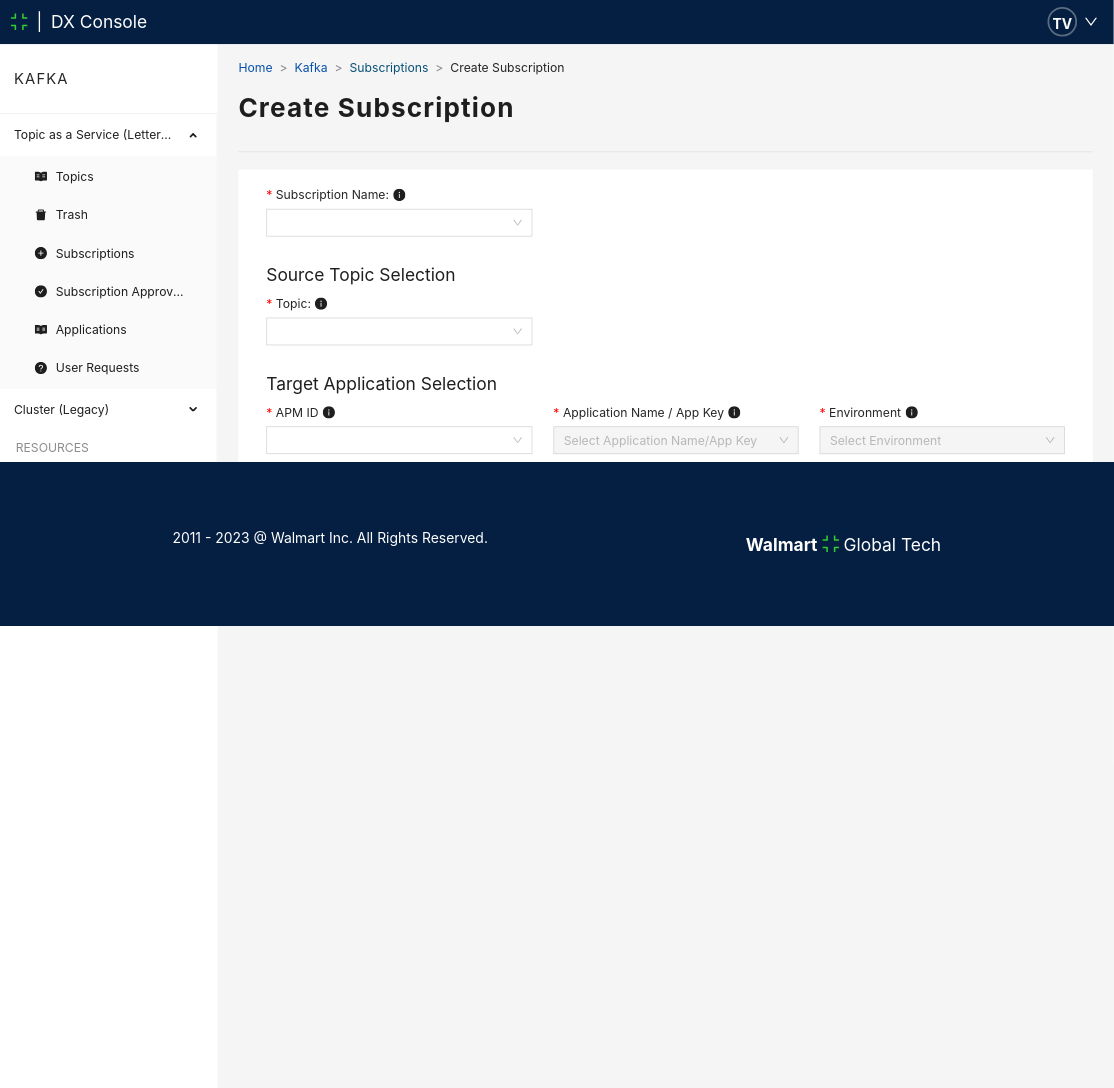
Repository: Qianying-Chai/kafka
Page: /kafka/subscriptions_active_tab=proxy/create
An editor plug-in stored every save of this project. The page is shown before and after the next save, followed by the edit.
The browser window is 1280 px wide. The pictures show the whole page, at 87% of full size.
The project was rebuilt for these pictures with package versions that can differ from the ones it lists, and the page was loaded fresh each time. Also part of the build but not shown: src/pages/Components/ComponentsTable.jsx, src/pages/Components/ComponentsInput.jsx, src/pages/Components/ComponentsPagination.jsx, src/pages/Taas/Topics/Topics.jsx, src/pages/Taas/Topics/CreateTopics/Form/DetailsForm.jsx, src/pages/Taas/Topics/CreateTopics/CreateTopic.jsx, src/pages/Taas/Trash/Style/Trash.css, src/pages/Taas/Trash/Trash.jsx and 15 more.

Above is the page before, as saved 2024-01-15 21:52:07.

After the next save:
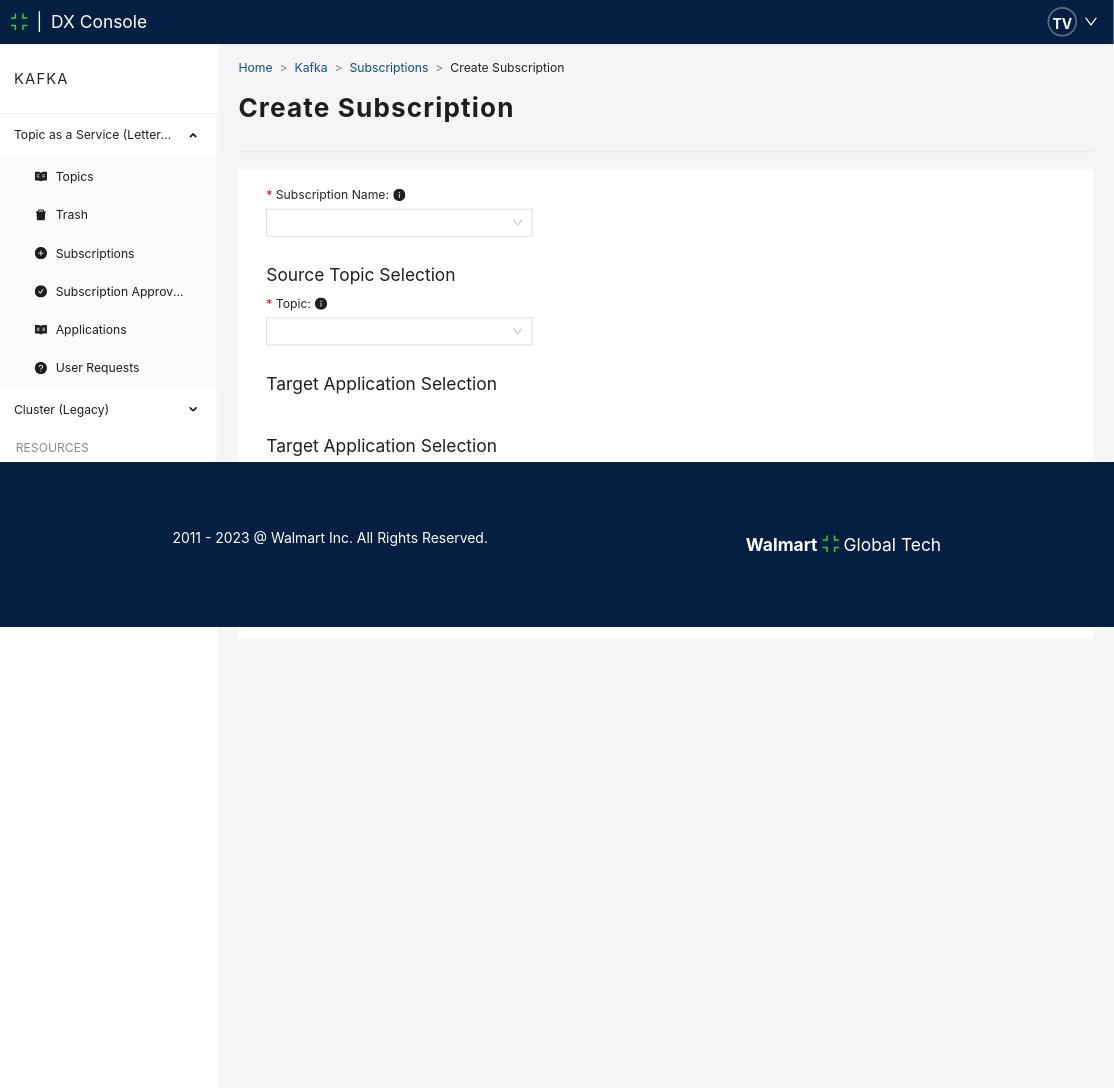
Saved 90 s later.
--- a/src/pages/Taas/Subscriptions/SubscriptionsProxy/CreateSubscriptions/Form/TargetApplicationSelection.jsx
+++ b/src/pages/Taas/Subscriptions/SubscriptionsProxy/CreateSubscriptions/Form/TargetApplicationSelection.jsx
@@ -1,8 +1,16 @@
 import React, { useMemo, useState, useRef } from "react";
 import debounce from "lodash/debounce";
-import { Col, Row, ConfigProvider, Select, Spin } from "antd";
+import {
+  Col,
+  Row,
+  ConfigProvider,
+  Select,
+  Spin,
+  Divider,
+  Typography,
+} from "antd";
 import SelectTitle from "../../../../../Components/SelectTitle";
-
+const { Title } = Typography;
 const TargetApplicationSelection = () => {
   function DebounceSelect({ fetchOptions, debounceTimeout = 800, ...props }) {
     const [fetching, setFetching] = useState(false);
@@ -55,13 +63,11 @@
   };
 
   return (
-    <ConfigProvider
-      theme={{
-        token: {
-          borderRadius: 0,
-        },
-      }}
-    >
+    <>
+      {" "}
+      <Title level={4} style={{ fontWeight: "normal", paddingTop: "20px" }}>
+        Target Application Selection
+      </Title>
       <Row style={{ display: "flex", flexFlow: "nowrap" }}>
         <Col
           span={8}
@@ -113,7 +119,7 @@
           />
         </Col>
       </Row>
-    </ConfigProvider>
+    </>
   );
 };
 

After the 3 saves that followed:
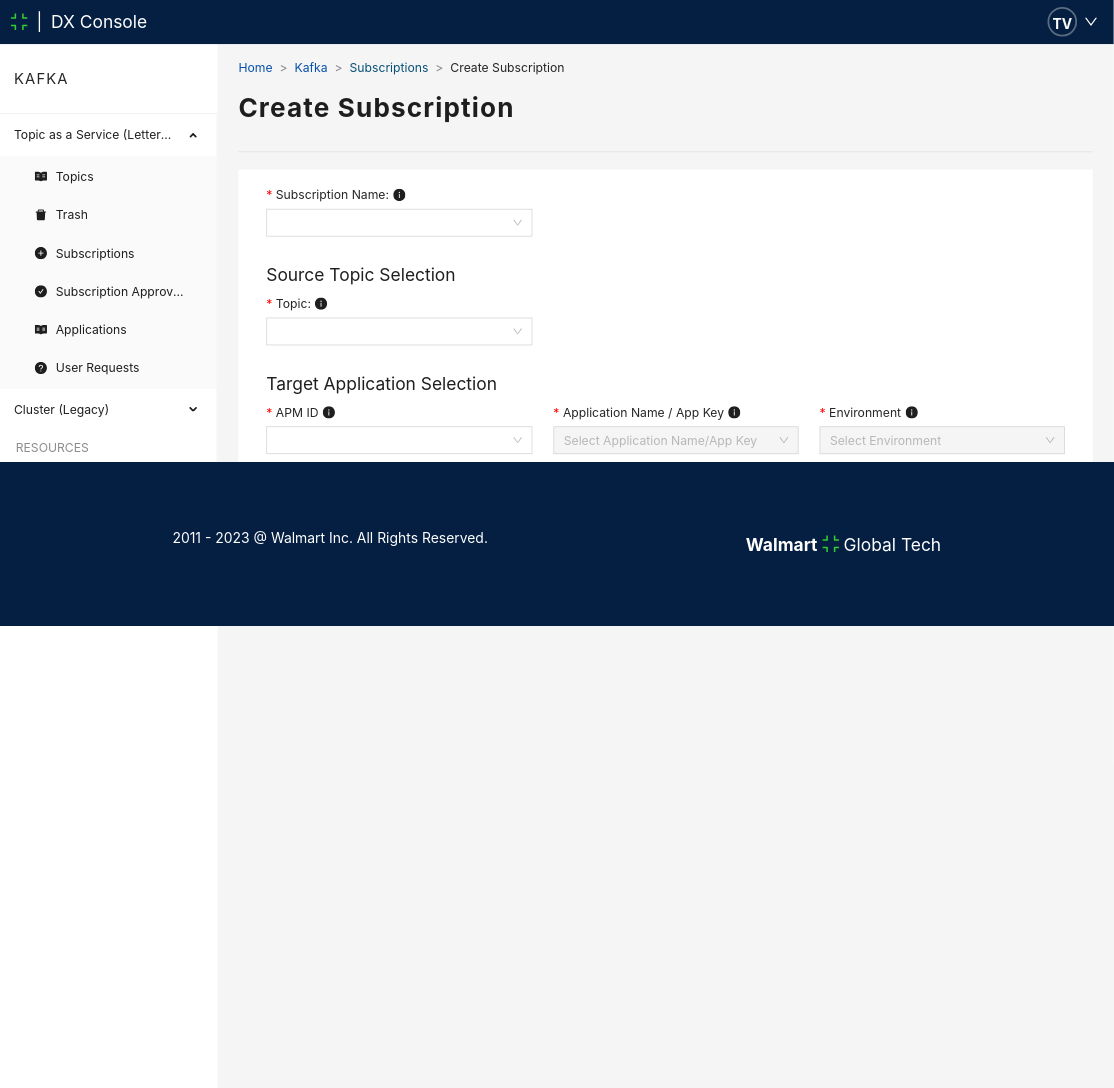
The 3 saves are shown as one change because 2 left the picture as it was.
The last was saved 33 s later.
--- a/src/pages/Taas/Subscriptions/SubscriptionsProxy/CreateSubscriptions/CreateSubscriptionsProxy.jsx
+++ b/src/pages/Taas/Subscriptions/SubscriptionsProxy/CreateSubscriptions/CreateSubscriptionsProxy.jsx
@@ -42,11 +42,8 @@
       </div>
       <ComponentsContent>
         <SubscriptionName />
+        <SourceTopicSelection />
 
-        <SourceTopicSelection />
-        <Title level={4} style={{ fontWeight: "normal", paddingTop: "20px" }}>
-          Target Application Selection
-        </Title>
         <TargetApplicationSelection />
         <Divider />
         <ComponentsDivider />
--- a/src/pages/Taas/Subscriptions/SubscriptionsProxy/CreateSubscriptions/Form/TargetApplicationSelection.jsx
+++ b/src/pages/Taas/Subscriptions/SubscriptionsProxy/CreateSubscriptions/Form/TargetApplicationSelection.jsx
@@ -1,14 +1,6 @@
 import React, { useMemo, useState, useRef } from "react";
 import debounce from "lodash/debounce";
-import {
-  Col,
-  Row,
-  ConfigProvider,
-  Select,
-  Spin,
-  Divider,
-  Typography,
-} from "antd";
+import { Col, Row, Select, Spin, Typography } from "antd";
 import SelectTitle from "../../../../../Components/SelectTitle";
 const { Title } = Typography;
 const TargetApplicationSelection = () => {
